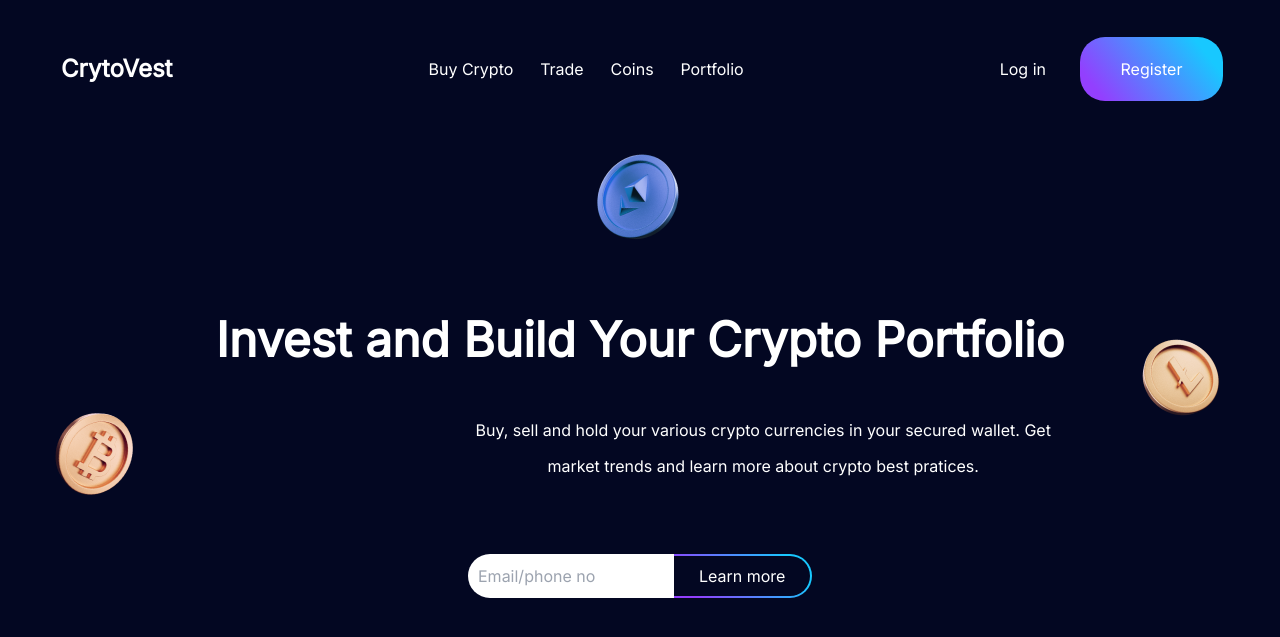
Repository: Eugene44-hub/cryptovest
Page: /
These files come from the project's save history. The page is drawn as it stood at one moment and after the next save; the edit follows.
The browser window is 1280 px wide. The pictures show the whole page.
The project was rebuilt for these pictures with package versions that can differ from the ones it lists, and the page was loaded fresh each time. Also part of the build but not shown: vite.config.ts.

Above is the page before, as saved 2022-07-15 23:35:21.

### src/App.tsx
import Home from "./pages/home/Home"

function App() {

  return (
    <div className="App">
      <Home/>

    </div>
  )
}

export default App

### src/index.css
@import url('https://fonts.googleapis.com/css2?family=Inter&display=swap');
@tailwind base;
@tailwind components;
@tailwind utilities;
body {
    margin: 0;
    font-family: 'Inter', sans-serif;
    -webkit-font-smoothing: antialiased;
    -moz-osx-font-smoothing: grayscale;
    padding: 0;
    background-color: rgba(3, 7, 34, 1);
}

code {
    font-family: source-code-pro, Menlo, Monaco, Consolas, 'Courier New', monospace;
}

.container {
    max-width: 1440px;
    margin: 0 auto;
}

### src/pages/home/Home.tsx
import React from 'react'
import Hero from '../../components/hero/Hero'
import Nav from '../../components/nav/Nav'

const Home = () => {
  return (
    <div>
      <Nav/>
      <Hero/>
    </div>
  )
}

export default Home

### src/components/hero/Hero.tsx
import React from 'react'
import etherum from "../../assets/images/hero/EtheriumCoin.png"
import bitcoin from "../../assets/images/hero/Bitcoin.png"
import monero from "../../assets/images/hero/Monero.png"
import liteCoin from "../../assets/images/hero/LiteCoin.png"
import styles from "./Hero.module.scss"
const Hero = () => {
  return (
    <section>
      <article className={`${styles.container} container px-[24px]`}>

        <img src={etherum} className="m-auto w-[20%] md:w-auto mt-[10px]" alt="etherum" />

        <div className='mt-[17px] flex-wrap flex'>

          <div className=' w-full relative'>
          <header className={`${styles.header} text-white text-center`}>
            Invest and Build Your Crypto Portfolio
          </header>
          <figure className='flex w-full justify-end md:absolute top-0'>
          <img src={liteCoin} className={"w-[20%] md:w-[auto] md:w-[10%]  "} alt="" />
          </figure>
          </div>

          <div className='w-full sm:w-[60%] m-auto md:order-2 md:mt-0 mt-[3px] '>
          <div className='flex md:w-[344px] m-auto rounded-[25px] mt-[3px] overflow-hidden'>
            <input type="text" className='p-[10px] w-[60%]' placeholder='Email/phone no' />
            <div className={`${styles.btnContainer} flex-1 p-[2px]  pl-0`}>
              <button className={` w-full h-full  ${styles.inputBtn}`}>
                Learn more
              </button>
            </div>
          </div>
          </div>

          <figure className='w-[20%] '>
            <img src={bitcoin} className="mt-[8px]" alt="bitcoin" />
          </figure>

          <div className='text-center w-[90%] lg:mt-[36px] md:mt-[70px] mb-[67px] md:max-w-[626px] mt-[11px] mt-[] leading-[36px] m-auto'>
            <p className="text-white">
            Buy, sell and hold your various crypto currencies in your secured wallet. Get market trends and learn more about crypto best pratices.
            </p>
            {/* <img src={monero} className="mt-[17px] w-[20%] m-auto" alt="monero" /> */}
          </div>
        </div>

      </article>
    </section>
  )
}

export default Hero

### src/components/nav/Nav.tsx
import React from 'react'
import styles from "./Nav.module.scss"
const navItems = ["Buy Crypto", "Trade", "Coins", "Portfolio"]
import { AiOutlineMenu } from "react-icons/ai"

const Nav = () => {
  return (
    <nav className='pt-[37px]'>
      <div className='container  px-[24px] md:pl-[61px] md:pr-[57px] text-white'>
        <div className='flex justify-between items-center'>
          <span className={`font-[700] ${styles.banner}`}>
            CrytoVest
          </span>
          <div className='hidden lg:flex justify-between items-center flex-1'>
            <ul className='flex font-[500] m-auto lg:w-[50%] xl:w-[30%]  justify-between'>
              {navItems.map((item, index) => (<li key={index}>{item}</li>))}
            </ul>
            <div className='font-[500]'>
              <button className='mr-[34px]'>
                Log in
              </button>
              <button className={`${styles.btn} w-[143px]`}>
                Register
              </button>
            </div>
          </div>
          <AiOutlineMenu color="white" size={24} className="font-bold lg:hidden" />
        </div>


      </div>
    </nav>
  )
}

export default Nav

### src/components/hero/Hero.module.scss
@import "../../sass";
.container {
    .header {
        font-weight: 900;
        font-size: 48px;
        @include devices(1200px) {
            font-size: 30px;
        }
        @include devices(768px) {
            font-size: 24px;
        }
    }
    .btnContainer {
        background: $gradient1
    }
    .inputBtn {
        background: $bgColor;
        color: white;
        border-radius: 0px 25px 25px 0px;
    }
}

### src/components/nav/Nav.module.scss
@import "../../sass/index.scss";
.banner {
    font-size: rem(24);
}

.btn {
    @include setBtn($gradient1);
}

### src/sass/index.scss
@import "./config";

### src/sass/config/_index.scss
@import "variables";
@import "utilities";
@import "mixins&funcs";

### src/sass/config/_variables.scss
$gradient1:linear-gradient(231.7deg, #18C8FF 15.39%, #933FFE 87.39%);
$gradient: linear-gradient(180.01deg, rgba(245, 245, 245, 0.53) 0.39%, rgba(205, 96, 188, 0.5) 24.76%, rgba(56, 77, 130, 0.26) 63.89%, rgba(105, 30, 226, 0.03) 92.45%);
$bgColor:rgba(3, 7, 34, 1);
$purple1:rgba(185, 130, 255, 1);
$purple1:rgba(132, 112, 255, 1);
$grey1:rgba(255, 255, 255, 1);

### src/sass/config/_utilities.scss
/*
➡️ 0px -480px -  Smaller Smartphones

➡️ 481px -768px  - Tablets & larger smartphones

➡️ 769px -1279px  -  Laptops, larger tablets
in landscape, and small desktops

➡️ 1280px+ - Larger desktops and monitors
*/

%btn {
    border-radius: 25px;
    padding: 20px 0;
}

### src/sass/config/_mixins&funcs.scss
@use "sass:math";
@function rem($px, $default:16) {
    @return (math.div($px, $default)*1rem);
}

@mixin devices($device) {
    @media screen and (max-width: $device) {
        @content;
    }
}

@mixin setBtn($bgColor) {
    background: $bgColor;
    color: white;
    @extend %btn
}

Loaded but not shown: index.html (common file); src/main.tsx (common file); tailwind.config.js (common file)

After the next save:
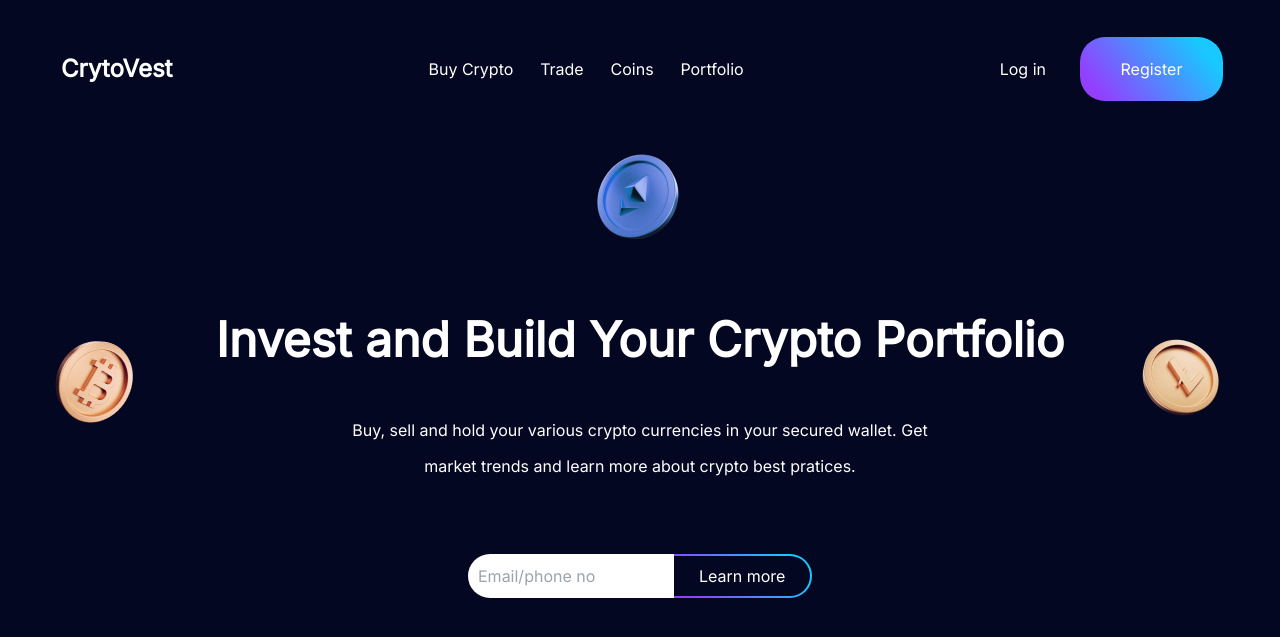
Saved 31 s later.
--- a/src/components/hero/Hero.tsx
+++ b/src/components/hero/Hero.tsx
@@ -33,7 +33,7 @@
           </div>
           </div>
 
-          <figure className='w-[20%] '>
+          <figure className='w-[20%] md:absolute'>
             <img src={bitcoin} className="mt-[8px]" alt="bitcoin" />
           </figure>
 
